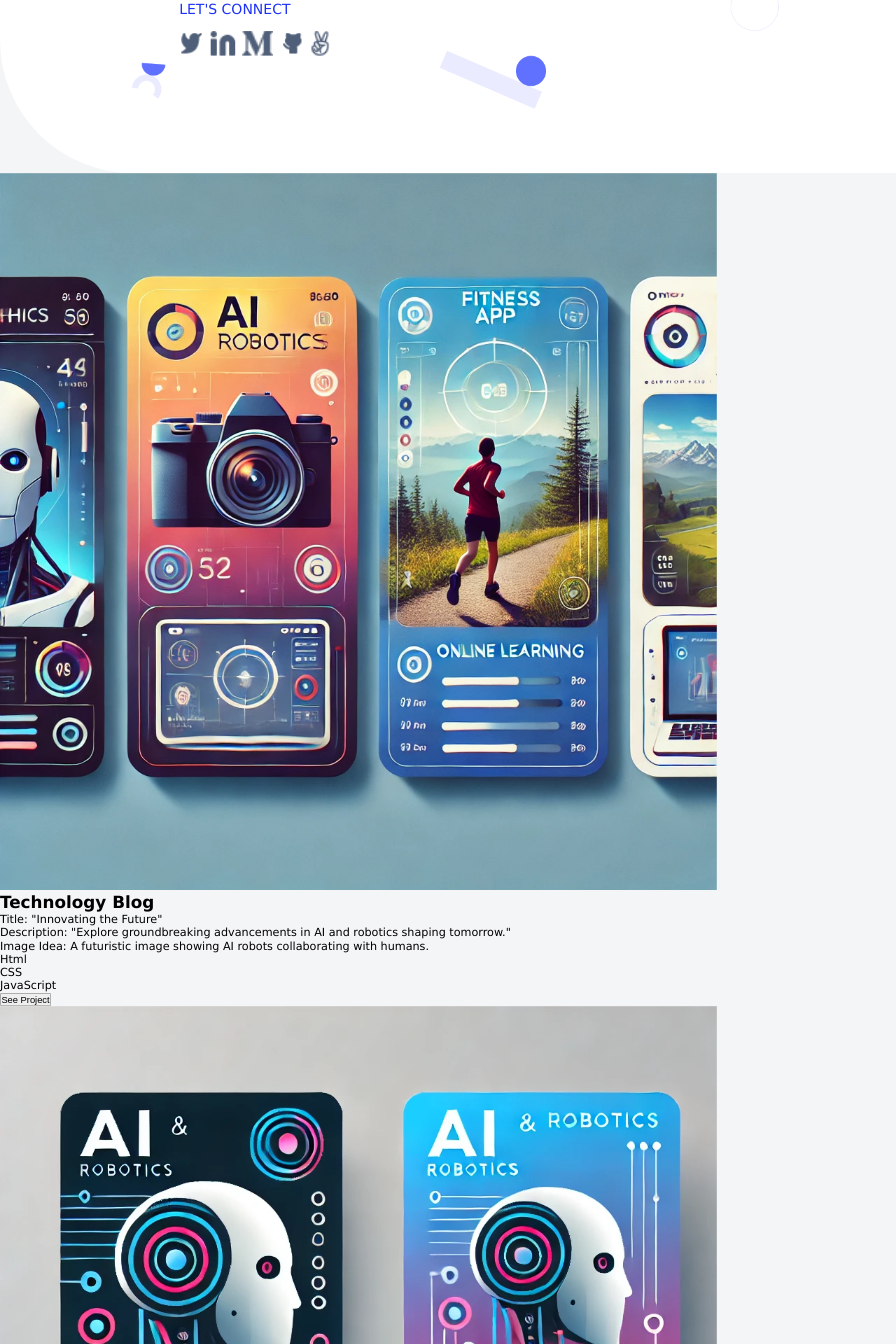
Repository: usman3123/portfolio-template-3
Page: portfolio.html
The author's editor kept a copy of each file at every save. The page is drawn from the files as they stood at one save, then again after the next save.
The browser window is 1280 px wide. The pictures show the part of the page from y = 599 to 2519 px (the page is 4215 px tall before and 3494 px after), at 70% of full size.
A picture or video elsewhere on the page could not be fetched, so the positions and the page height are approximate. Some web libraries are served in a nearby version.

Above is the page before, as saved 2025-01-24 23:57:47.

After the next save:
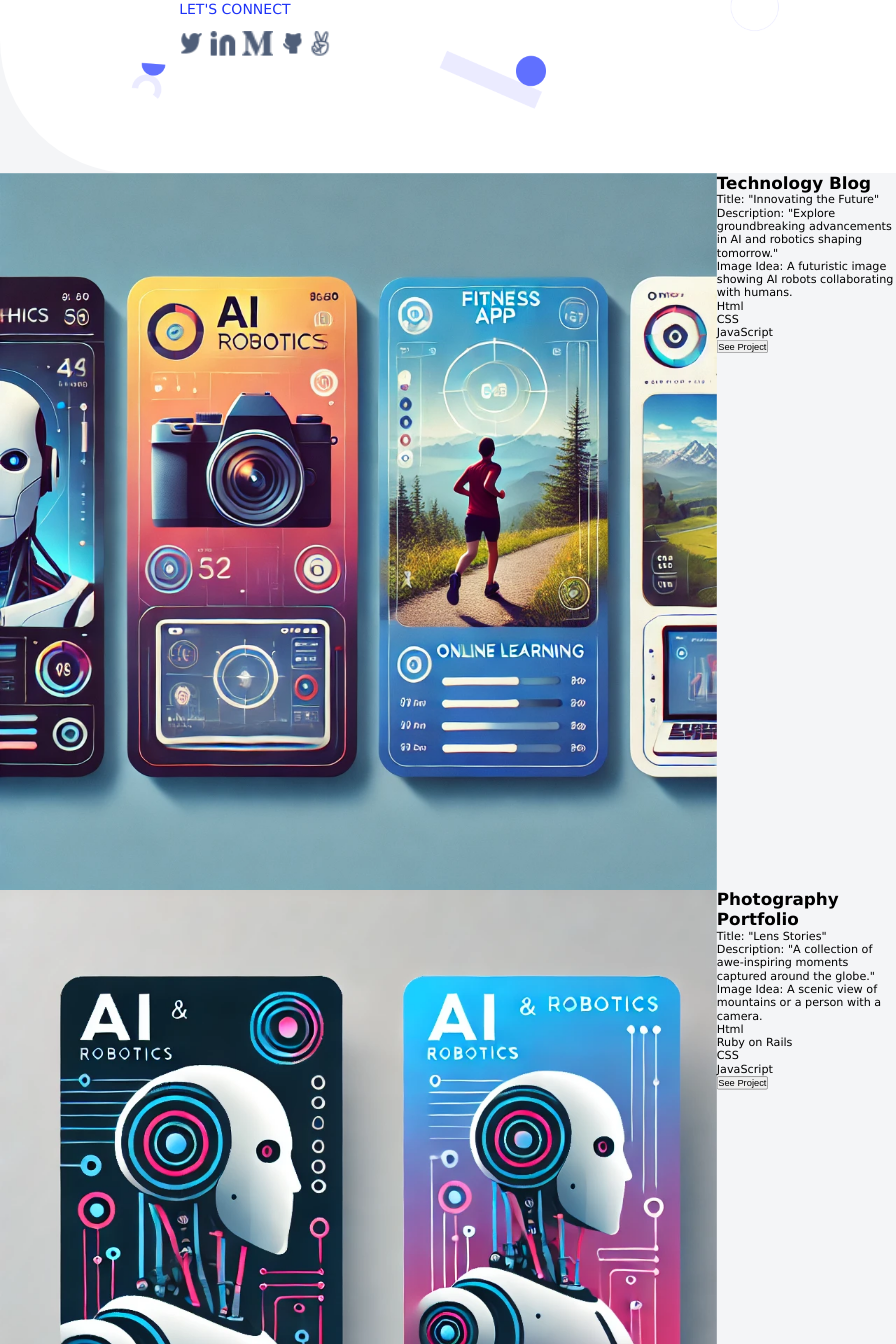
Saved 2 min 34 s later.
--- a/portfolio.html
+++ b/portfolio.html
@@ -57,7 +57,7 @@
   <!-- Cards Section -->
 
   <section class="cards">
-    <div class="card">
+    <div class="card flex">
       <img src="/assets/card-1img.webp" alt="CARD_!_IMG">
       <div class="card-content">
         <h2>Technology Blog</h2>
@@ -72,7 +72,7 @@
         <button class="content-btn">See Project</button>
       </div>
     </div>
-    <div class="card">
+    <div class="card flex">
       <img src="/assets/card-2img.webp" alt="CARD_!_IMG">
       <div class="card-content">
         <h2>Photography Portfolio</h2>
@@ -89,7 +89,7 @@
         <button class="content-btn">See Project</button>
       </div>
     </div>
-    <div class="card">
+    <div class="card flex">
       <img src="/assets/card-3img.jpeg" alt="CARD_!_IMG">
       <div class="card-content">
         <h2>Fitness App</h2>
@@ -105,7 +105,7 @@
         <button class="content-btn">See Project</button>
       </div>
     </div>
-    <div class="card-4">
+    <div class="card flex">
       <img src="/assets/card-4img.jpeg" alt="CARD_!_IMG">
       <div class="card-content">
         <h2>Online Learning</h2>
